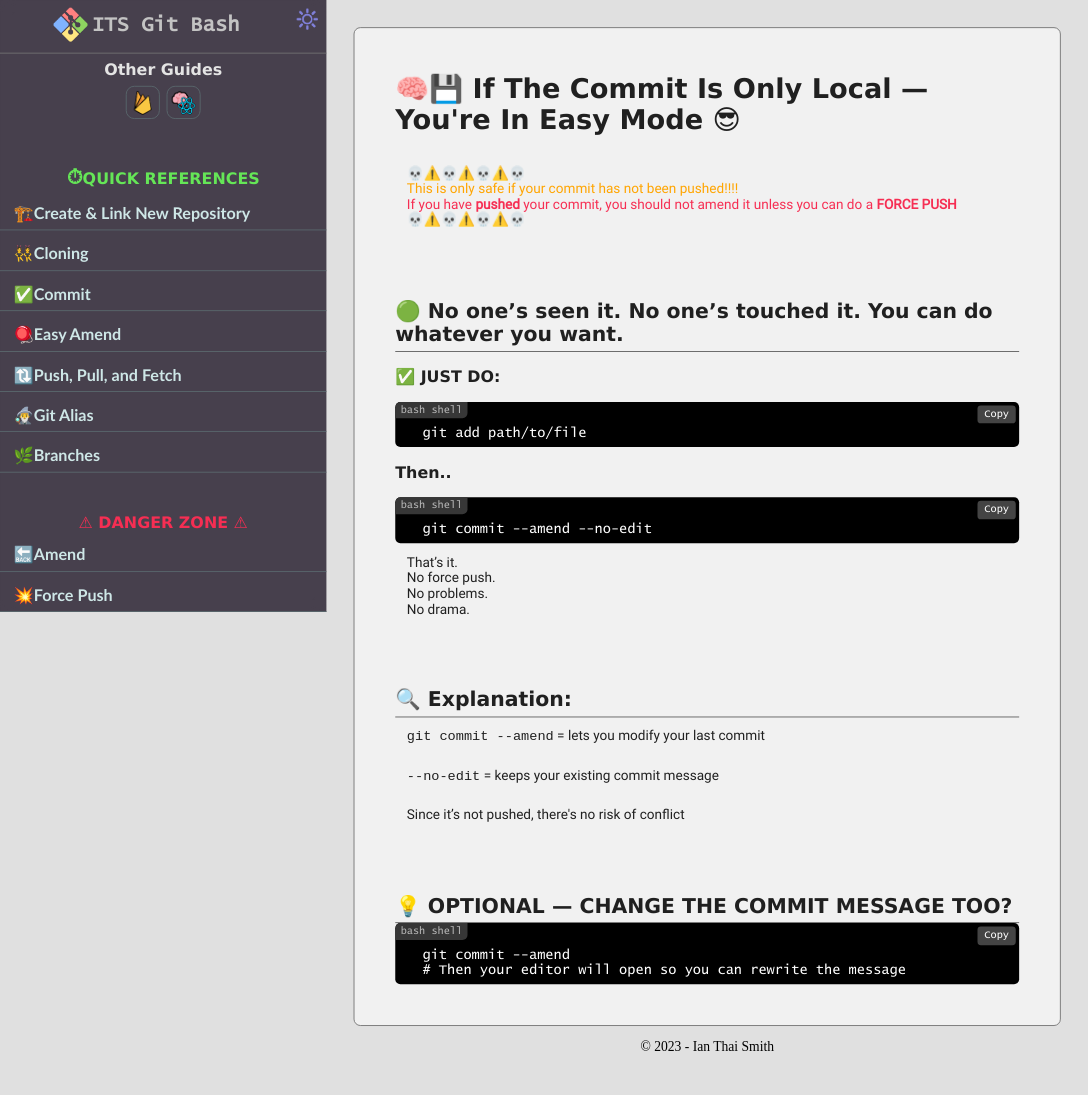
Repository: whyDoILoveThis/project__ITS_Git_Bash
Page: html/easy-amend.html
An editor plug-in stored every save of this project. The page is shown before and after the next save, followed by the edit.
The browser window is 1280 px wide. The pictures show the whole page, at 85% of full size.

Above is the page before, as saved 2025-07-06 07:17:56.

After the next save:
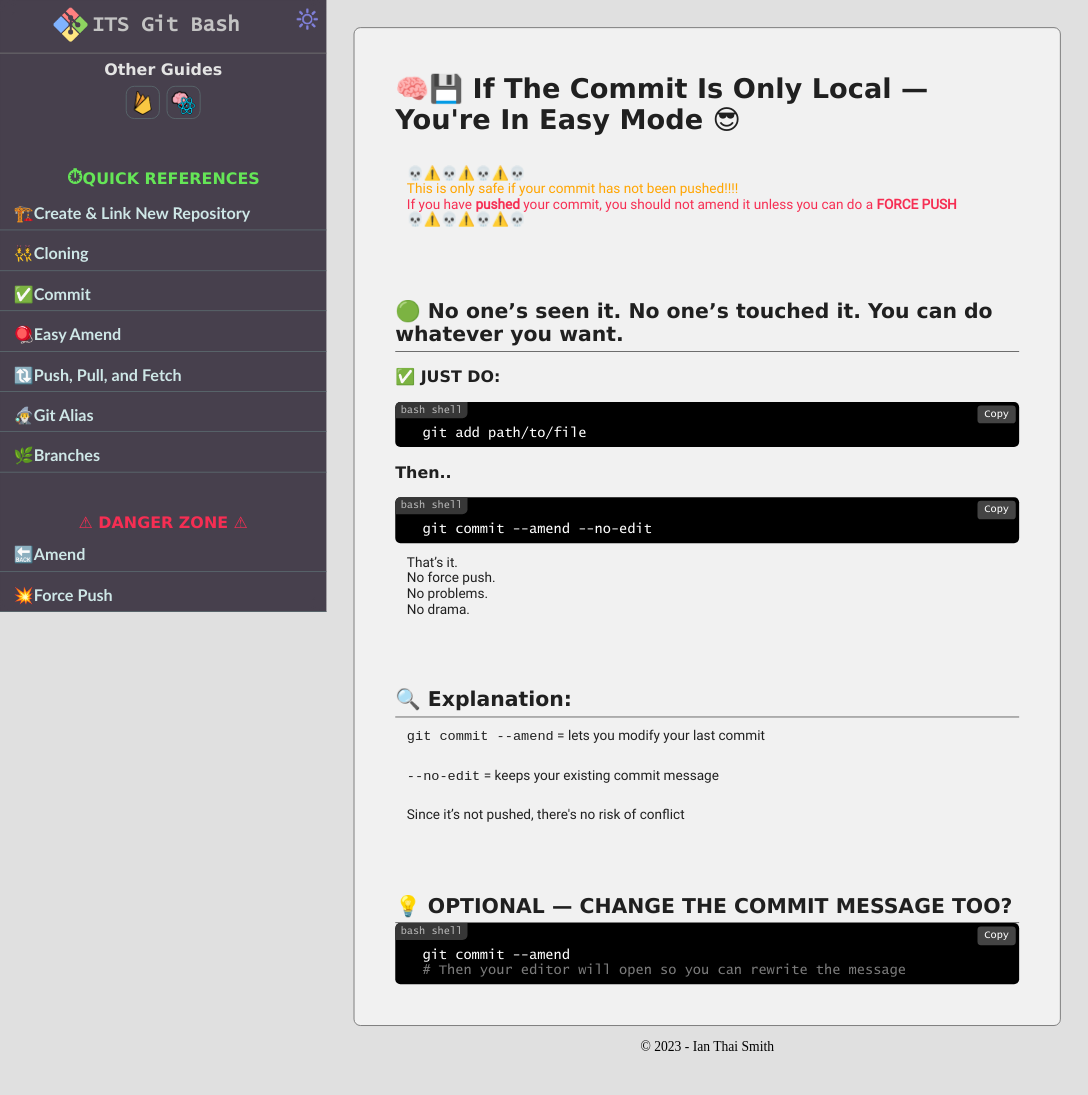
Saved 26 s later.
--- a/html/easy-amend.html
+++ b/html/easy-amend.html
@@ -56,7 +56,7 @@
             <p>
               git commit --amend
               <br />
-              <em class="comt"
+              <em class="comnt"
                 ># Then your editor will open so you can rewrite the message</em
               >
             </p>
